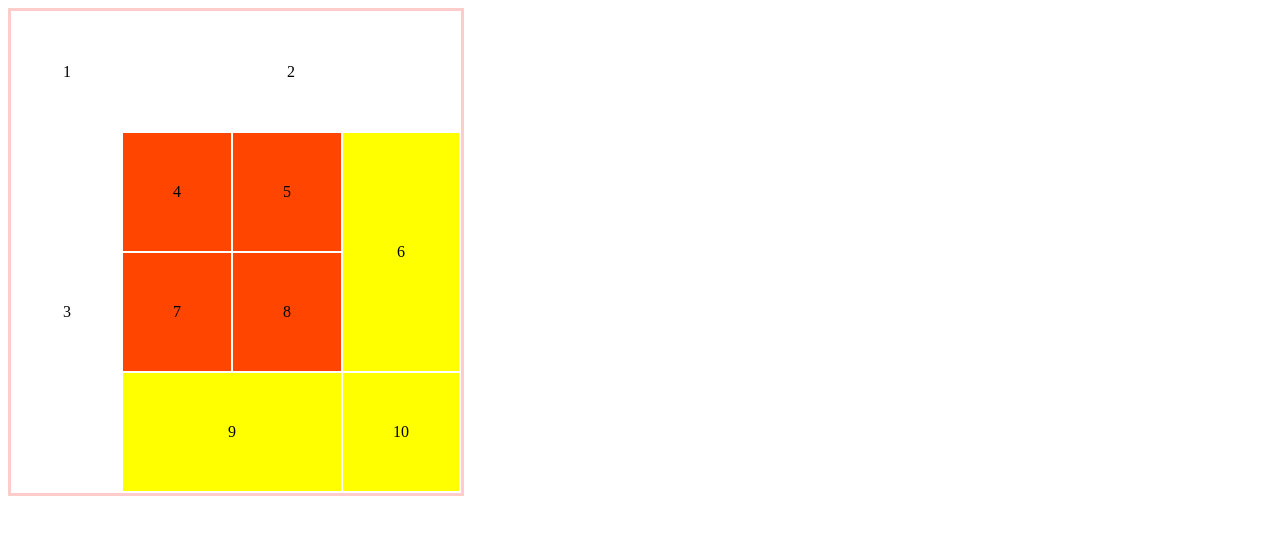
Repository: watermelonfee/HTCNWEB
Page: HTML/Tuan01/BT06/BT06a.html
These files come from the project's save history. The page is drawn as it stood at one moment and after the next save; the edit follows.
The browser window is 1280 px wide. The pictures show the whole page.

Above is the page before, as saved 2023-02-23 21:27:12.

### HTML/Tuan01/BT06/BT06a.html
<!DOCTYPE html>
<html lang="en">
<head>
    <meta charset="UTF-8">
    <meta http-equiv="X-UA-Compatible" content="IE=edge">
    <meta name="viewport" content="width=device-width, initial-scale=1.0">
    <title>Document</title>
</head>
<style>
    th,td{
        padding: 50px;
    }
    th, td {
        text-align: center;
    }
</style>
<body>
    <table cellspacing="2" cellpadding="50" bordercolor="FFCCCC">
        <tr>
            <td id="ID-1">1</td>
            <td colspan="4">2</td>
        </tr>
        <tr>
            <td id="ID-3"rowspan="3">3</td>
            <td id="ID-4" bgcolor="orangered">4</td>
            <td id="ID-5"bgcolor="orangered">5</td>
            <td id="ID-6" bgcolor="yellow" colspan="2" rowspan="2">6</td>
        </tr>
        <tr>
            <td id="ID-7"bgcolor="orangered">7</td>
            <td id="ID-8"bgcolor="orangered">8</td>
        </tr>
        <tr>
            <td id="ID-9" bgcolor="yellow"colspan="2">9</td>
            <td id="ID-10"bgcolor="yellow"colspan="2">10</td>
        </tr>
    </table>
</body>
</html>

After the next save:
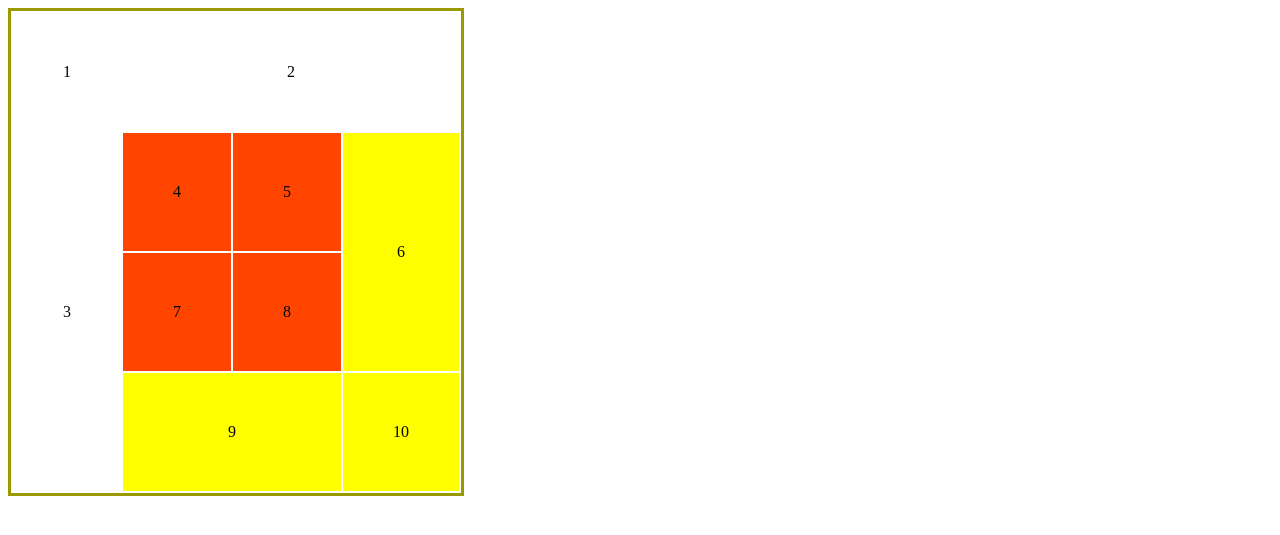
Saved 3 min 40 s later.
--- a/HTML/Tuan01/BT06/BT06a.html
+++ b/HTML/Tuan01/BT06/BT06a.html
@@ -15,7 +15,7 @@
     }
 </style>
 <body>
-    <table cellspacing="2" cellpadding="50" bordercolor="FFCCCC">
+    <table cellspacing="2" cellpadding="50" bordercolor="#999900">
         <tr>
             <td id="ID-1">1</td>
             <td colspan="4">2</td>
